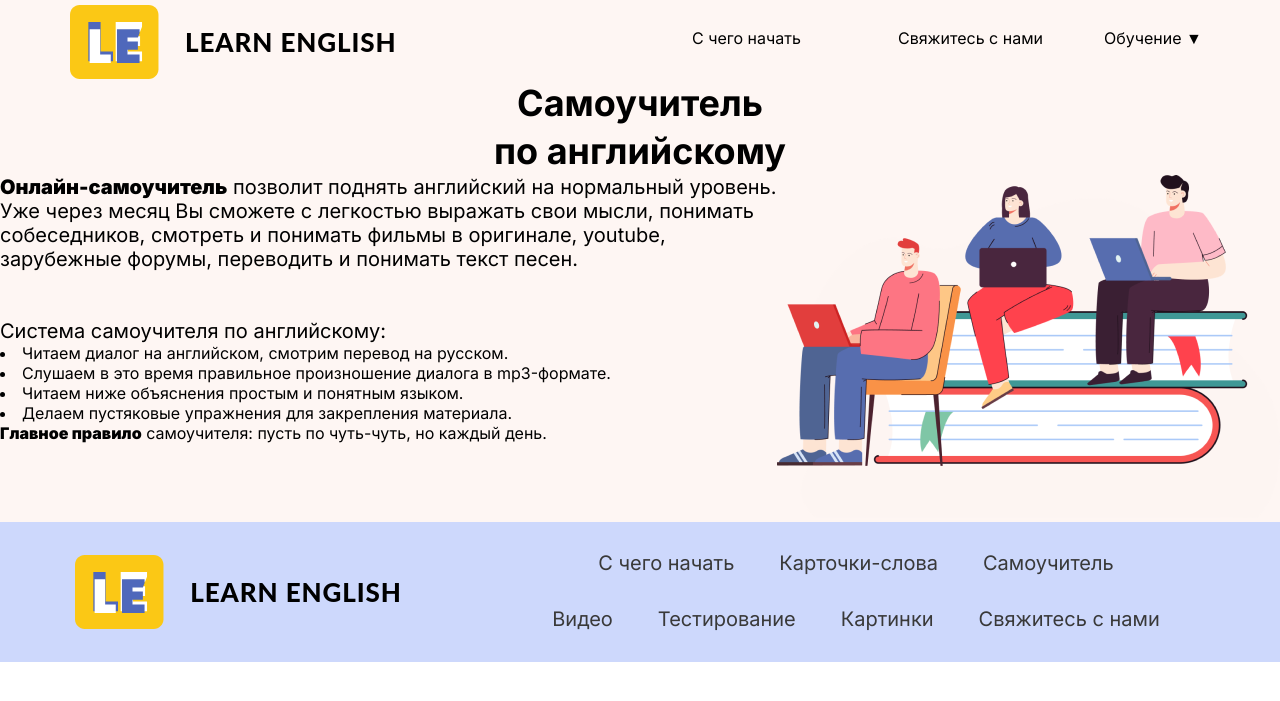
Repository: WladimirVA/Diplom
Page: scool/lesson.html
These files come from the project's save history. The page is drawn as it stood at one moment and after the next save; the edit follows.
The browser window is 1280 px wide. The pictures show the whole page.

Above is the page before, as saved 2023-07-19 16:11:22.

After the next save:
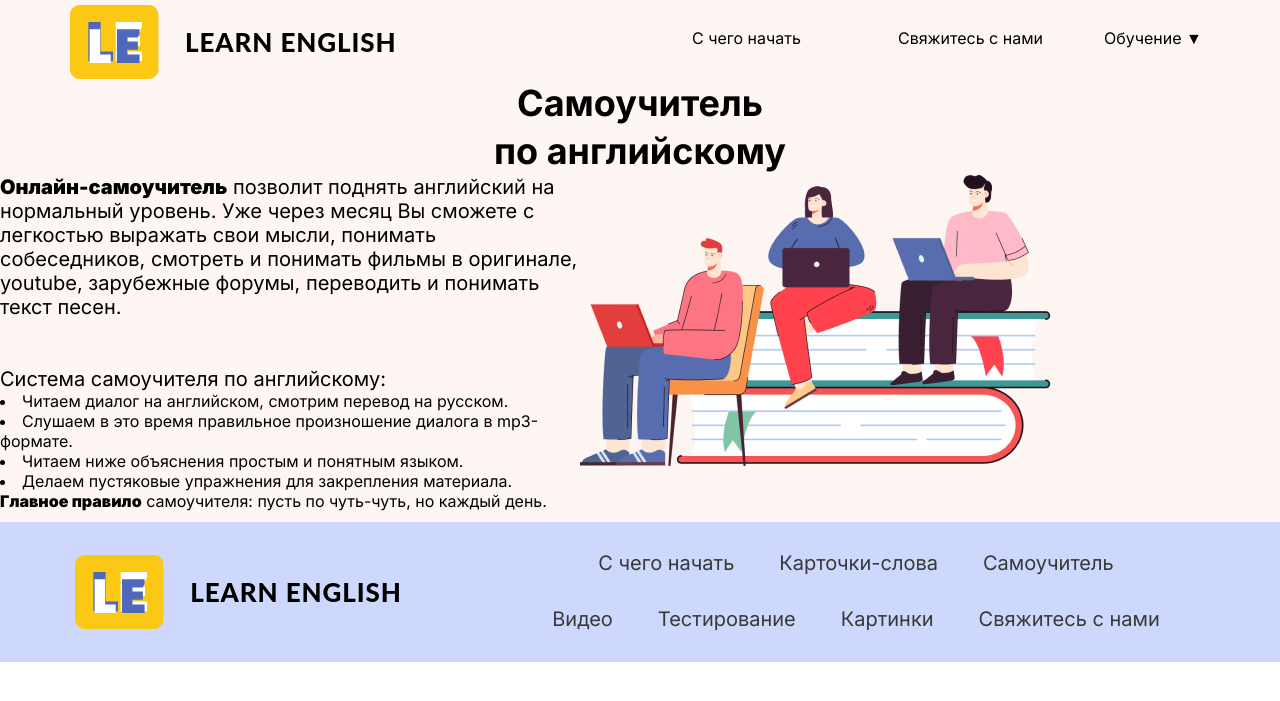
Saved 87 s later.
--- a/scool/css/lesson.css
+++ b/scool/css/lesson.css
@@ -14,6 +14,10 @@
     line-height: 48px;
     letter-spacing: 0em;
     text-align: center;
+}
+
+.tutorial-inf {
+    max-width: 580px;
 }
 
 .tutorial-inf p {
